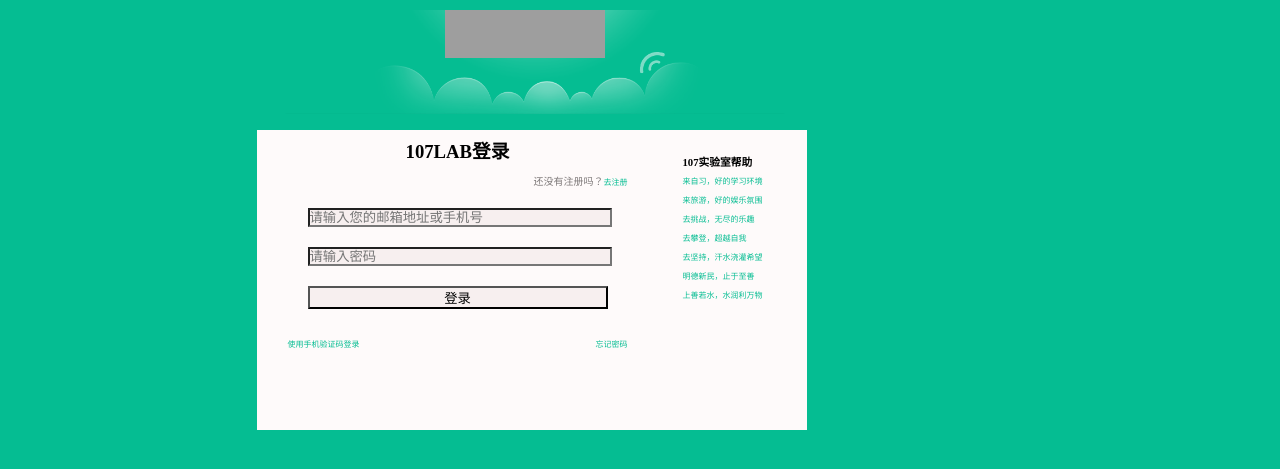
Repository: zz-yy/2023_homework
Page: 第一次考核作业/mazehua/index.html
An editor plug-in stored every save of this project. The page is shown before and after the next save, followed by the edit.
The browser window is 1280 px wide. The pictures show the whole page.
Pictures or frames that could not be fetched are drawn as grey boxes.

Above is the page before, as saved 2024-04-04 22:34:38.

After the next save:
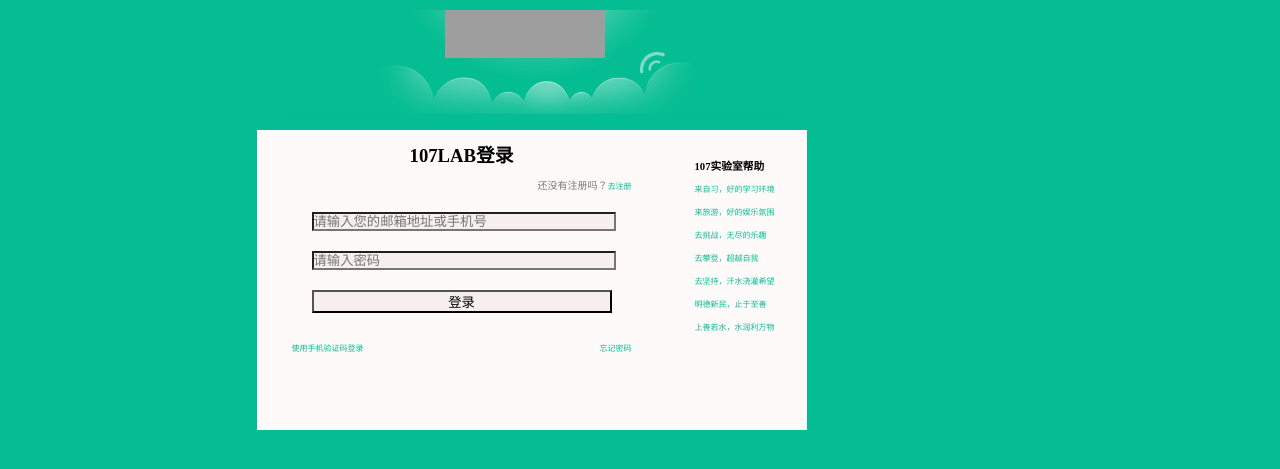
Saved 29 s later.
--- a/第一次考核作业/mazehua/index.css
+++ b/第一次考核作业/mazehua/index.css
@@ -52,7 +52,7 @@ h3{
 li {
     list-style: none;
     padding: 0px 0px;
-    margin: 1px;
+    margin: 5px;
 }
 
 a {
